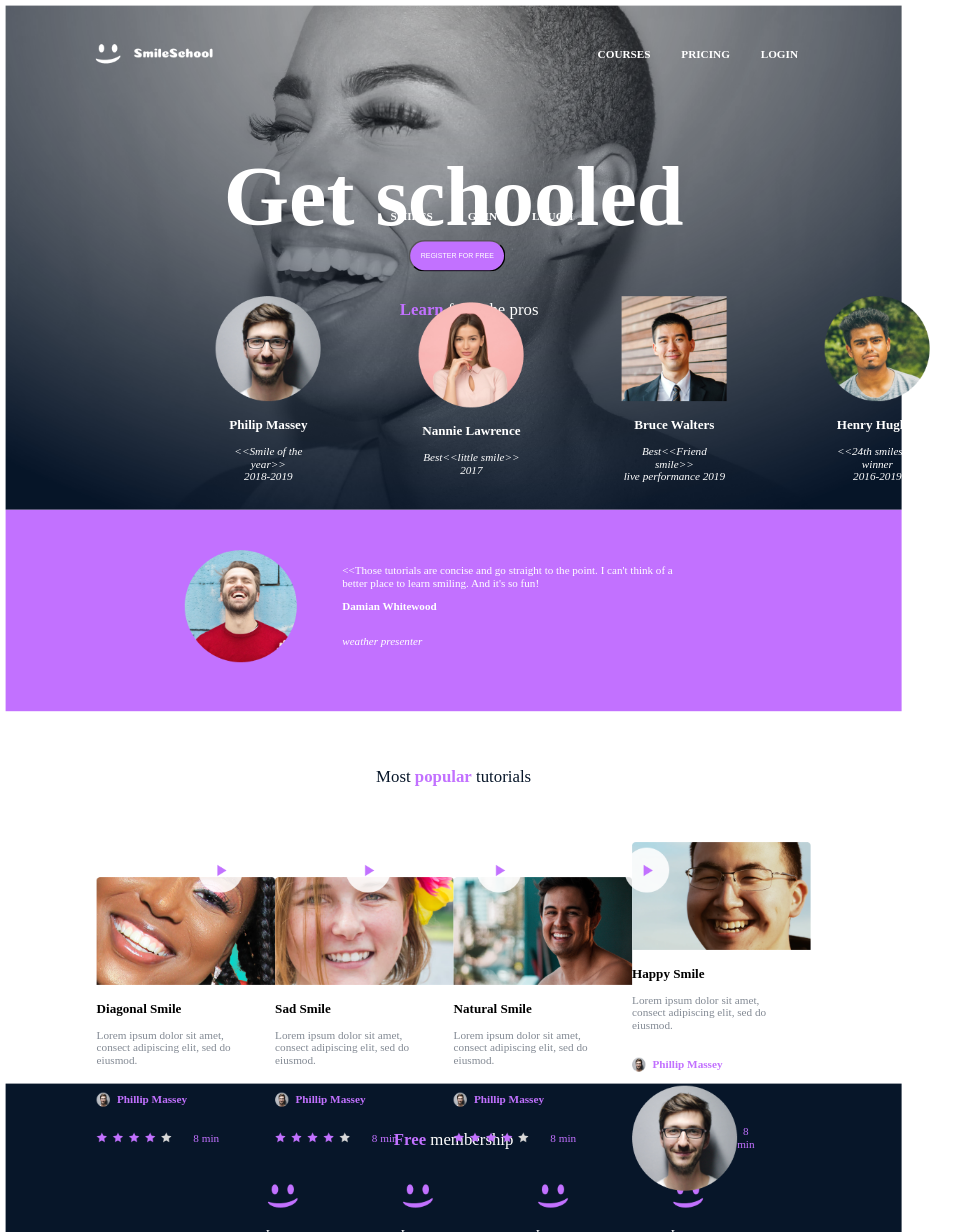
Repository: Patience225/alx_html_css
Page: css_advanced/index.html
An editor plug-in stored every save of this project. The page is shown before and after a run of saves, followed by the edit.
The browser window is 1280 px wide. The page is 1398 px wide, so the pictures cover 1398 px, including what lies to the right of the window. The pictures show the part of the page from y = 0 to 1760 px (the page is 2928 px tall before and 2946 px after), at 70% of full size.

Above is the page before, as saved 2025-01-03 11:27:56.

After the next 3 saves:
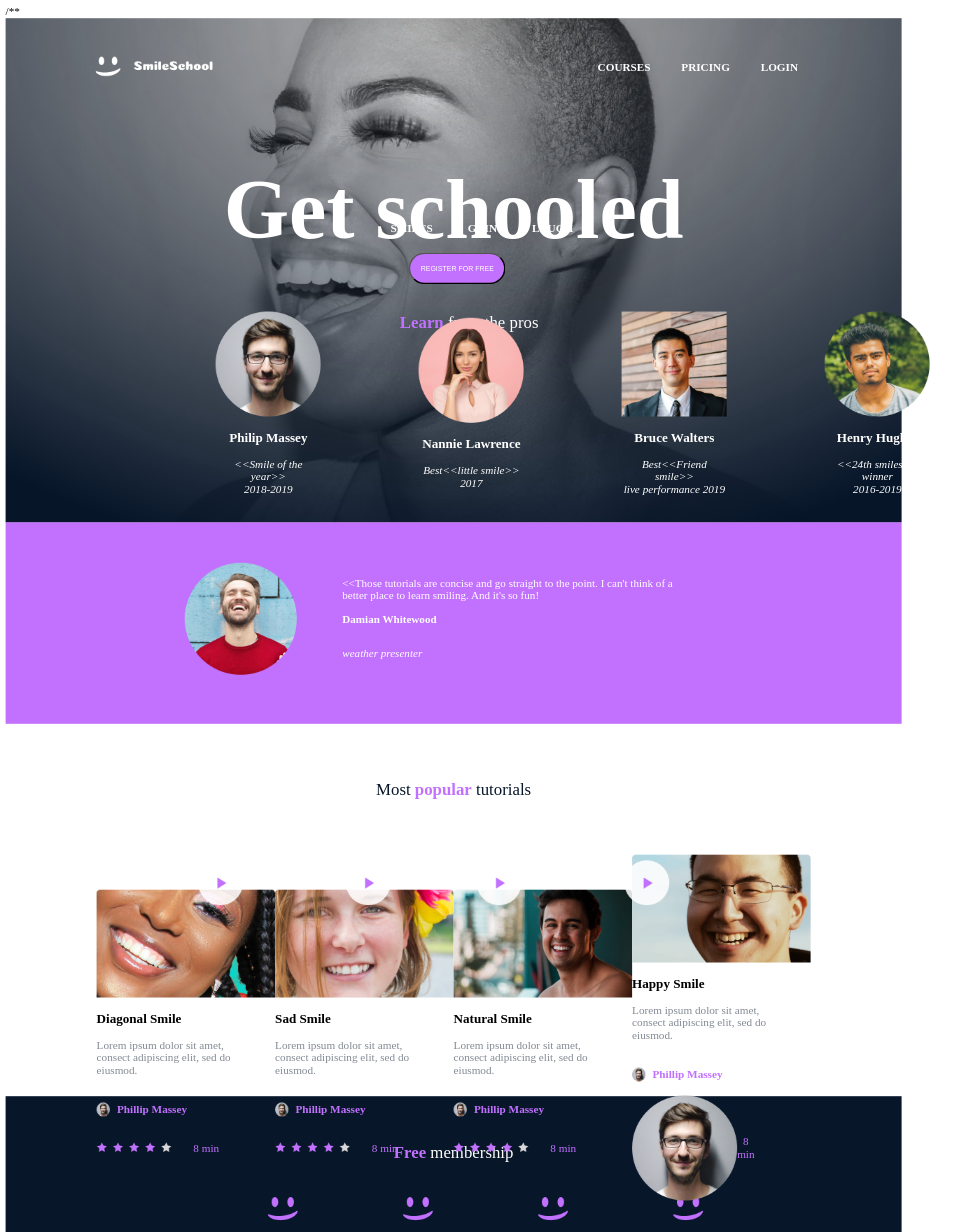
The 3 saves are shown as one change because they came seconds apart.
The last was saved 12 s later.
--- a/css_advanced/index.html
+++ b/css_advanced/index.html
@@ -1,4 +1,4 @@
-<!DOCTYPE html>
+/**<!DOCTYPE html>
 <html lang="en">
   <head>
     <meta charset="UTF-8" />
